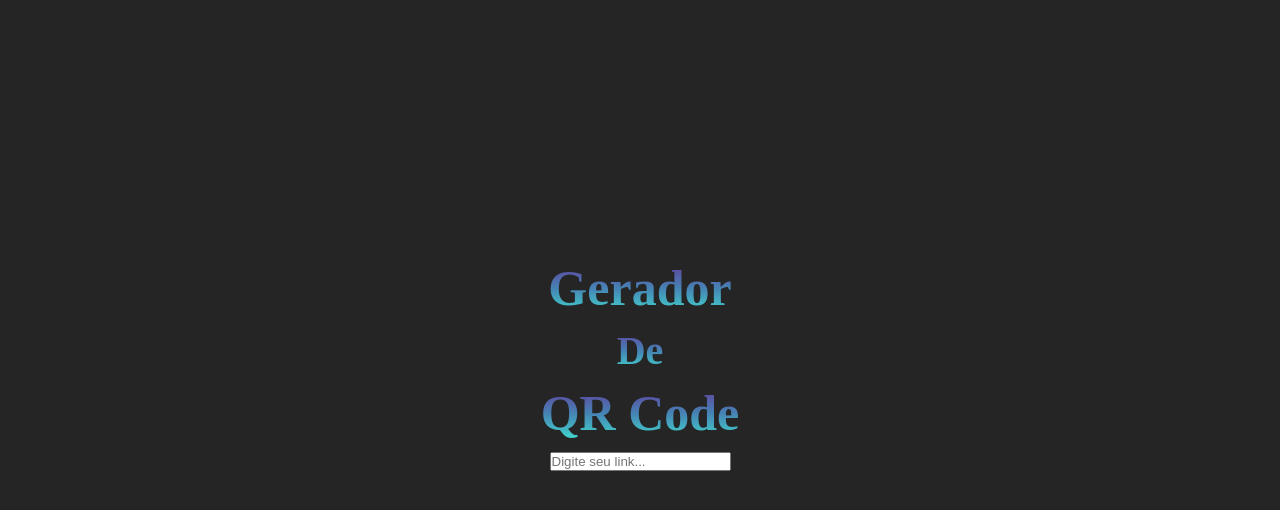
Repository: odiloalmeida/qrcode-generator
Page: /
An editor plug-in stored every save of this project. The page is shown before and after the next save, followed by the edit.
The browser window is 1280 px wide. The pictures show the whole page.
The project was rebuilt for these pictures with package versions that can differ from the ones it lists, and the page was loaded fresh each time. Also part of the build but not shown: vite.config.js.

Above is the page before, as saved 2022-11-22 18:47:58.

### index.html
<!DOCTYPE html>
<html lang="pt-BR">
  <head>
    <meta charset="UTF-8" />
    <link rel="icon" type="image/svg+xml" href="/vite.svg" />
    <meta name="viewport" content="width=device-width, initial-scale=1.0" />
    <title>QrCode Generator</title>
  </head>
  <body>
    <div id="root"></div>
    <script type="module" src="/src/main.jsx"></script>
  </body>
</html>

### src/App.jsx
import { useState } from 'react'
import './App.css'

function App() {
  const [count, setCount] = useState(0)

  return (
    <div className="App">
      <div className='container-wrap'>
        <h1>Gerador</h1>
        <h2>De</h2>
        <h1>QR Code</h1>
        <input
        className='input'
        placeholder='Digite seu link...'/>
      </div>
    </div>
  )
}

export default App

### src/App.css
* {
  padding: 0;
  margin: 0;
  box-sizing: border-box;
}

.container-wrap{
  background-color: #252525;
  color: #fff;
  display: flex;
  justify-content: center;
  align-items: center;
  flex-direction: column;
  width: 100vw;
  height: 100vh;
}

.container-wrap h1{
  font-size: 50px;
  background-image: linear-gradient(to bottom, rebeccapurple, steelblue, turquoise);
  background-clip: text;
  -webkit-background-clip: text;
  -webkit-text-fill-color: transparent;
  color: black;
  margin: 10px 0;
}

.container-wrap h2{
  font-size: 40px;
  background-image: linear-gradient(to bottom, rebeccapurple, steelblue, turquoise);
  background-clip: text;
  -webkit-background-clip: text;
  -webkit-text-fill-color: transparent;
  color: black;
}

Loaded but not shown: src/main.jsx (common file)

After the next save:
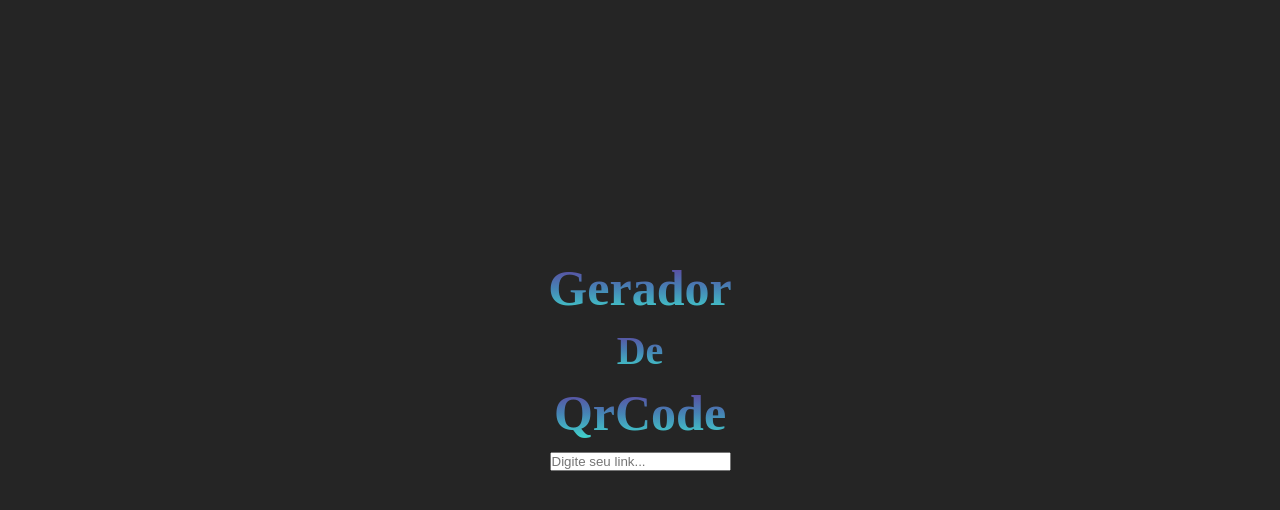
Saved 15 s later.
--- a/src/App.jsx
+++ b/src/App.jsx
@@ -9,7 +9,7 @@
       <div className='container-wrap'>
         <h1>Gerador</h1>
         <h2>De</h2>
-        <h1>QR Code</h1>
+        <h1>QrCode</h1>
         <input
         className='input'
         placeholder='Digite seu link...'/>
